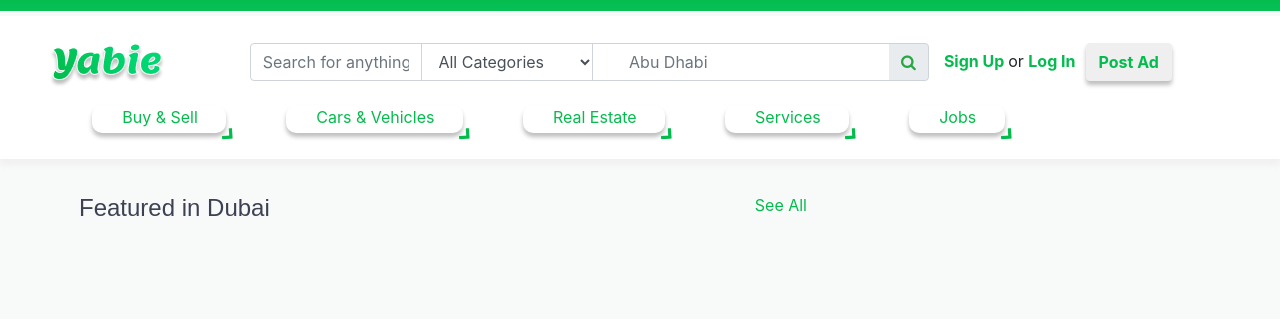
Repository: muazzamkha95/yabie
Page: homepage.html
An editor plug-in stored every save of this project. The page is shown before and after a run of saves, followed by the edit.
The browser window is 1280 px wide. The pictures show the whole page.

Above is the page before, as saved 2020-07-03 23:50:16.
Console error: TypeError: Cannot read properties of undefined (reading 'fn')

### homepage.html
<!DOCTYPE html>
<html lang="en">
<head>
    <meta charset="UTF-8">
    <meta name="viewport" content="width=device-width, initial-scale=1.0">
    <title>Home Page</title>

    <link rel="stylesheet" href="https://maxcdn.bootstrapcdn.com/bootstrap/4.0.0/css/bootstrap.min.css" integrity="sha384-Gn5384xqQ1aoWXA+058RXPxPg6fy4IWvTNh0E263XmFcJlSAwiGgFAW/dAiS6JXm" crossorigin="anonymous">
    <link rel="stylesheet" href="https://stackpath.bootstrapcdn.com/font-awesome/4.7.0/css/font-awesome.min.css" integrity="sha384-wvfXpqpZZVQGK6TAh5PVlGOfQNHSoD2xbE+QkPxCAFlNEevoEH3Sl0sibVcOQVnN" crossorigin="anonymous">
    <link href="css/main.css"  rel="stylesheet"></link>

</head>
<body>
        <div class="topBar"></div>
        <nav class="navbar">
            <div class="maincontainer">
                <div class="row">
                        <div class="col-md-2">
                            <img src="images/YabieLogo.png" alt="Yabie Logo" class="logo"/>
                        </div>
                        <div class="col-md-7">
                            <form class="form-inline" action="#">
                                <div class="input-group">
                                    <input type="text" class="form-control" placeholder="Search for anything" required>
                                    <select class="form-control border-right-0" required>
                                        <option>All Categories</option>
                                        <option value="a">A</option>
                                        <option value="b">B</option>
                                    </select>
                                    <div class="input-group">
                                        <div class="input-group-append">
                                            <span class="input-group-text bg-white text-success border-right-0"><i class="fa fa-map-marker-alt"></i></span>
                                        </div>
                                        <input type="text" class="form-control border-left-0 border-right-0" placeholder="Abu Dhabi" required>
                                        <div class="input-group-append">
                                            <button type="submit" class="input-group-text"><i class="fa fa-search text-success"></i></button>
                                        </div>
                                    </div>
                                </div>
                            </form>
                        </div>
                        <div class="col-md-3" >
                            <div class="row text-center">
                                <span style="padding-top: 6px;">
                                    <span class="btext"> Sign Up </span>  or <span class="btext">Log In</span>
                                </span>

                                <button class="btn btn-default btext pull-right boxshadow" style="margin-left: 10px;">Post Ad</button>
                            </div>
                        </div>

                </div>
                <div class="row mt-3" >
                    <span class="categoryTab">Buy & Sell <i class="keyboard_arrow_down_24px_rounded fa fa-chevron-right "></i></span>
                    <span class="categoryTab">Cars & Vehicles  <i class="keyboard_arrow_down_24px_rounded fa fa-chevron-right "></i></span>
                    <span class="categoryTab">Real Estate <i class="keyboard_arrow_down_24px_rounded fa fa-chevron-right "></i></span>
                    <span class="categoryTab">Services <i class="keyboard_arrow_down_24px_rounded fa fa-chevron-right "></i></span>
                    <span class="categoryTab">Jobs <i class="keyboard_arrow_down_24px_rounded fa fa-chevron-right "></i></span>
                </div>
            </div>
        </nav>

        <main  role="main" class="mainSection">
            <div class="row">
                <div class="col-md-8">
                    <div class="col-md-12">
                        <div class="row">
                            <div class="col-md-6 pull-left" >
                                <p class="sectionTitle">
                                    Featured in Dubai
                                </p>
                            </div>
                            <div class="col-md-6 pull-right" >
                                <p class="sectionSeeAll pull-right">See All</p>
                            </div>
                        </div>
                        <div class="row">
                            <div class="adcard"></div>
                        </div>
                    </div>


                </div>



                <!-- Ads Section -->
                <div class="col-md-4"></div>
            </div>

        </main>


</body>
<script src="https://maxcdn.bootstrapcdn.com/bootstrap/4.0.0/js/bootstrap.min.js" integrity="sha384-JZR6Spejh4U02d8jOt6vLEHfe/JQGiRRSQQxSfFWpi1MquVdAyjUar5+76PVCmYl" crossorigin="anonymous"></script>
<script src="js/main.js" type="text/javascript"></script>
</html>

### css/main.css
/* Body */
*{
    padding: 0;
    margin: 0;
}
body{
    background: #F8F9F9;

}

/* Main navbar css */

.topBar{

    position: absolute;
    width: 100%;
    height: 11px;
    left: 0px;
    top: 0px;

    background: linear-gradient(180deg, #04BC4E 0%, #15D57B 537.5%);
}


nav{
    position: absolute;
    width: 100%;
    height: 143px;
    left: 0px;
    top: 16px;
    background: #FFFFFF;
    box-shadow: 0px 6px 6px rgba(219, 214, 214, 0.25);
    padding-top: 20px;
}

.maincontainer{
    width: 95%;
    margin-left:auto;
    margin-right: auto;
}

.logo{
    height: 100;
}
.btext{
    font-weight: bold;
    color: #04BC4E;
}

.boxshadow{
    box-shadow: 0px 4px 4px rgba(0, 0, 0, 0.25);
}

.categoryTab{
    display: inline;
    box-shadow: 0px 4px 4px rgba(0, 0, 0, 0.25);
    background-color: #FFFFFF;
    color: #04BC4E;
    border-radius: 10px;
    margin-left: 60px;
    padding-left: 30px;


}
.keyboard_arrow_down_24px_rounded{
    position: relative;
    width: 24px;
    height: 24px;
    left:17px;
    top: 22px;
    transform: rotate(41.5deg);

}

/* Main section  */

.mainSection{
    width: 90%;
    margin-left: auto;
    margin-right: auto;
    margin-top: 50px;



}


.sectionTitle{

    font-family:sans-serif;
    font-style: normal;
    font-weight: 500;
    font-size: 24px;
    line-height: 29px;

    color: #3E4153;
}
.sectionSeeAll{
    color: #04BC4E;
}

Loaded but not shown: js/main.js (no stored copy; drawn as an empty file)

After the next 3 saves:
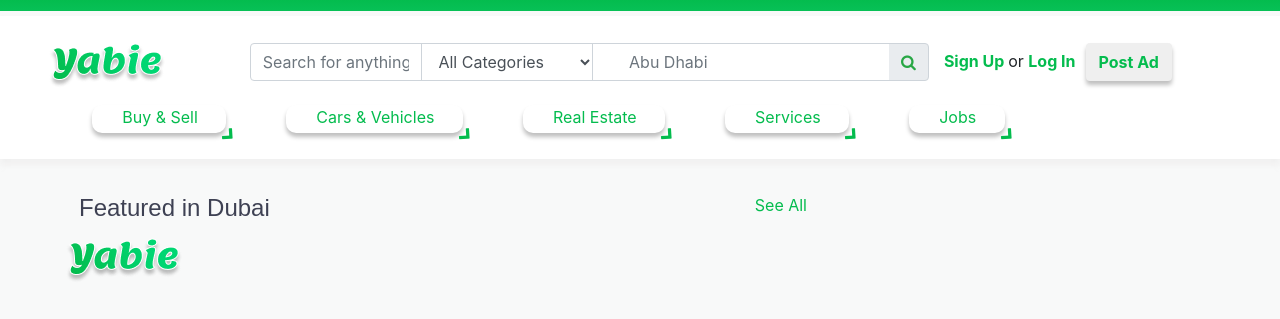
The 3 saves are shown as one change because they came seconds apart.
The last was saved 13 s later.
--- a/homepage.html
+++ b/homepage.html
@@ -75,7 +75,9 @@
                             </div>
                         </div>
                         <div class="row">
-                            <div class="adcard"></div>
+                            <div class="adcard">
+                                <img src="images/YabieLogo.png">
+                            </div>
                         </div>
                     </div>
 
